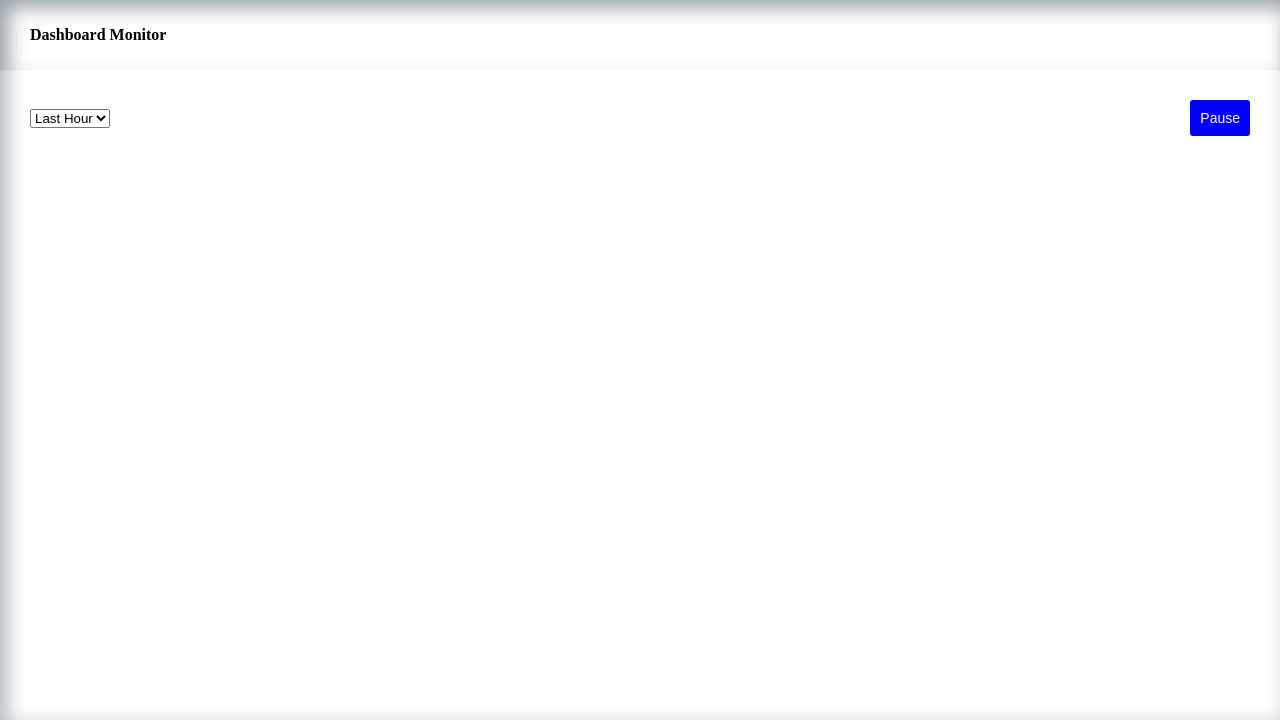
Repository: egorgloom/dashboard
Page: /
The author's editor kept a copy of each file at every save. The page is drawn from the files as they stood at one save, then again after the next save.
The browser window is 1280 px wide. The pictures show the whole page.
The page's requests for data from a server got no answer. The project was rebuilt for these pictures with package versions that can differ from the ones it lists, and the page was loaded fresh each time. No one was signed in, and anything a server would have sent is missing. Also part of the build but not shown: webpack.config.js, src/components/ItemCard/ItemCard.tsx, src/components/Charts/MetricsChart.tsx, src/components/SingleServerMetrics/SingleServerMetrics.tsx.

Above is the page before, as saved 2025-04-23 23:55:31.

After the next save:
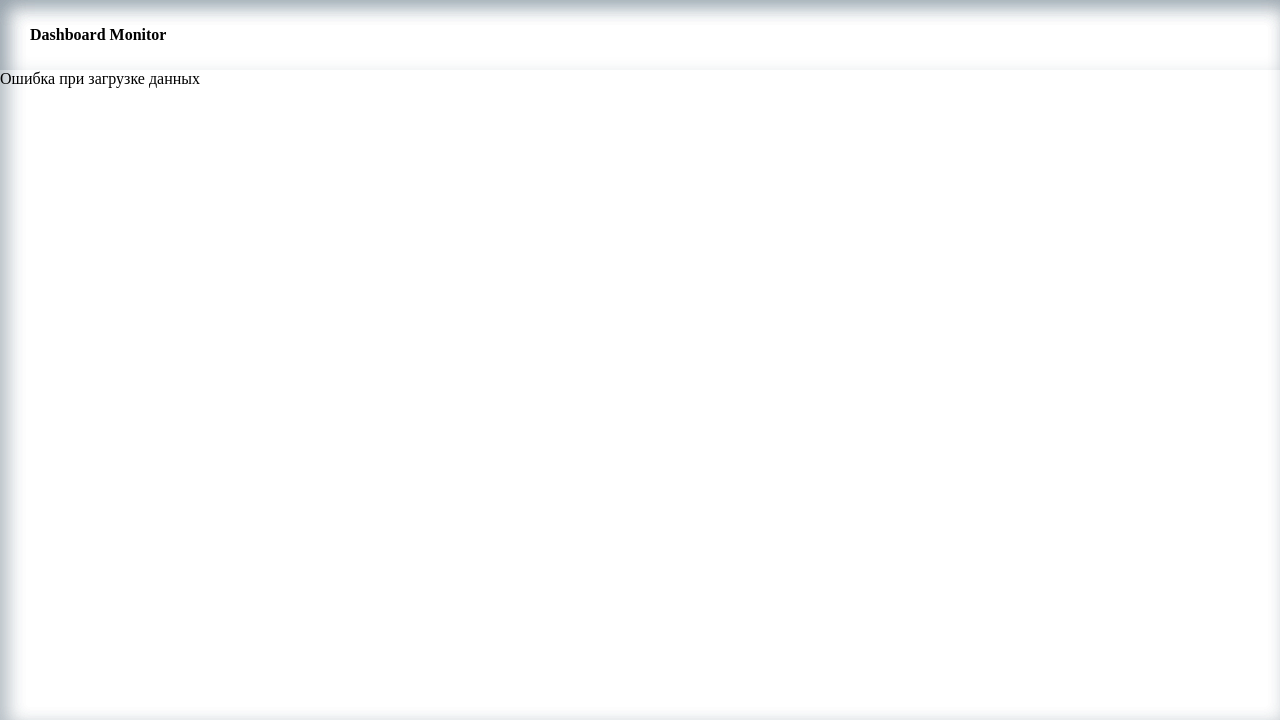
Saved 5 min 24 s later.
--- a/src/components/OverviewPage/OverviewPage.tsx
+++ b/src/components/OverviewPage/OverviewPage.tsx
@@ -16,53 +16,59 @@ interface IOverviewPage { }
 
 const OverviewPage: FC<IOverviewPage> = () => {
 
-    const {data, error, isLoading} = useGetMetricsQuery();
+    const { data, error, isLoading } = useGetMetricsQuery();
 
-    const selectedPeriod  = useAppSelector((state) => state.period.selectedPeriod);
+    const selectedPeriod = useAppSelector((state) => state.period.selectedPeriod);
 
     const dispatch = useDispatch();
 
     const handleChange = (event: React.ChangeEvent<HTMLSelectElement>) => {
         dispatch(changePeriod(event.target.value as 'h1' | 'h6' | 'h12'));
-      };
+    };
 
-      const processData = useCallback(
+    const processData = useCallback(
         (item: IMetrics): IMetrics | null => {
             const periodData = item.historicalData?.[selectedPeriod];
-        if (periodData) {
-          return {
-            ...item,
-            historicalData: {
-              [selectedPeriod]: {
-                timestamp: periodData.timestamp,
-                responseTime: periodData.responseTime,
-                rps: periodData.rps,
-                cpu: periodData.cpu,
-                memory: periodData.memory,
-              }
+            if (periodData) {
+                return {
+                    ...item,
+                    historicalData: {
+                        [selectedPeriod]: {
+                            timestamp: periodData.timestamp,
+                            responseTime: periodData.responseTime,
+                            rps: periodData.rps,
+                            cpu: periodData.cpu,
+                            memory: periodData.memory,
+                        }
+                    }
+                };
             }
-          };
-        }
-        return null;
+            return null;
 
-      }, [selectedPeriod]);
-
-    //   const filteredData = data?.map((item: IMetrics) => processData(item)).filter((item) => item !== null);
+        }, [selectedPeriod]);
 
     const filteredData: IMetrics[] | undefined = React.useMemo(() => {
         if (!data) return undefined;
         return data
-          .map((item) => processData(item))
-          .filter((item): item is IMetrics => item !== null);
-      }, [data, processData]);
+            .map((item) => processData(item))
+            .filter((item): item is IMetrics => item !== null);
+    }, [data, processData]);
 
-      console.log(filteredData)
+    console.log(filteredData)
+
+    if (isLoading) {
+        return <div>Загрузка...</div>;
+    }
+
+    if (error) {
+        return <div>Ошибка при загрузке данных</div>;
+    }
     return (
         <>
             <div className='wrapper'>
                 <div className='wrapper__filters'>
                     <div className='wrapper__filter-select'>
-                    <select value={selectedPeriod} onChange={handleChange}>
+                        <select value={selectedPeriod} onChange={handleChange}>
                             <option value="h1">Last Hour</option>
                             <option value="h6">h6</option>
                             <option value="h12">h12</option>
@@ -89,15 +95,7 @@ const OverviewPage: FC<IOverviewPage> = () => {
                     </div>
                 </div>
                 <div className='all-cards'>
-                {filteredData?.map((elem: IMetrics) => <ItemCard elem={elem} key={elem.id}/>)}
-
-                {/* {filteredData?.map((elem: any) => <div>{elem.cpu}</div>)} */}
-
-                {/* {filteredData?.map((elem: IMetrics) => {
-  if (!elem) return null;
-  return <ItemCard elem={elem} key={elem.id} />;
-})} */}
-
+                    {filteredData?.map((elem: IMetrics) => <ItemCard elem={elem} key={elem.id} />)}
                 </div>
             </div>
         </>
